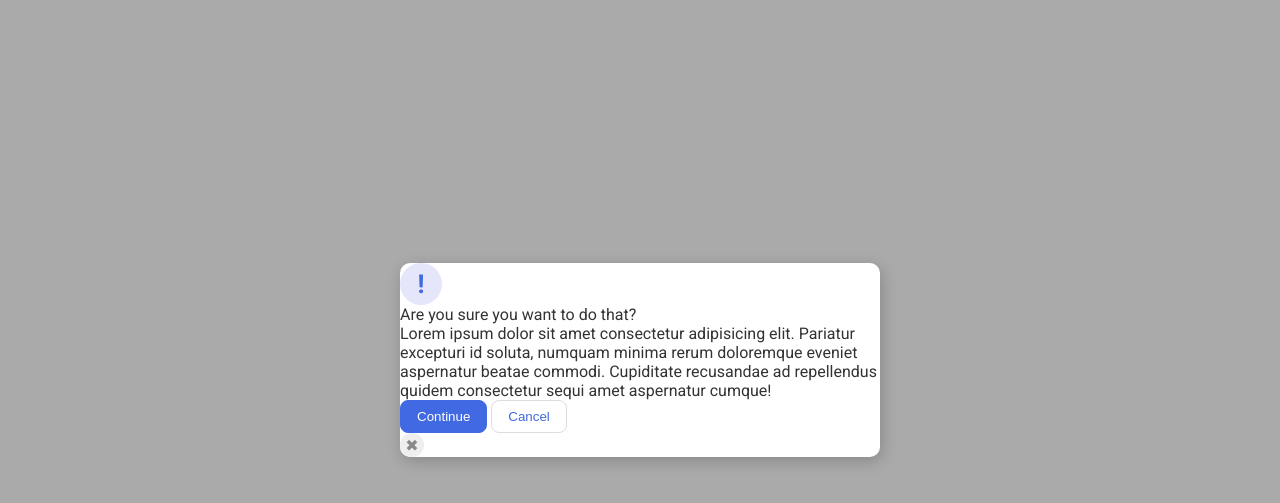
Repository: ridgely/css-exercises
Page: flex/05-flex-modal/index.html
The author's editor kept a copy of each file at every save. The page is drawn from the files as they stood at one save, then again after the next save.
The browser window is 1280 px wide. The pictures show the whole page.

Above is the page before, as saved 2022-07-06 14:19:52.

After the next save:
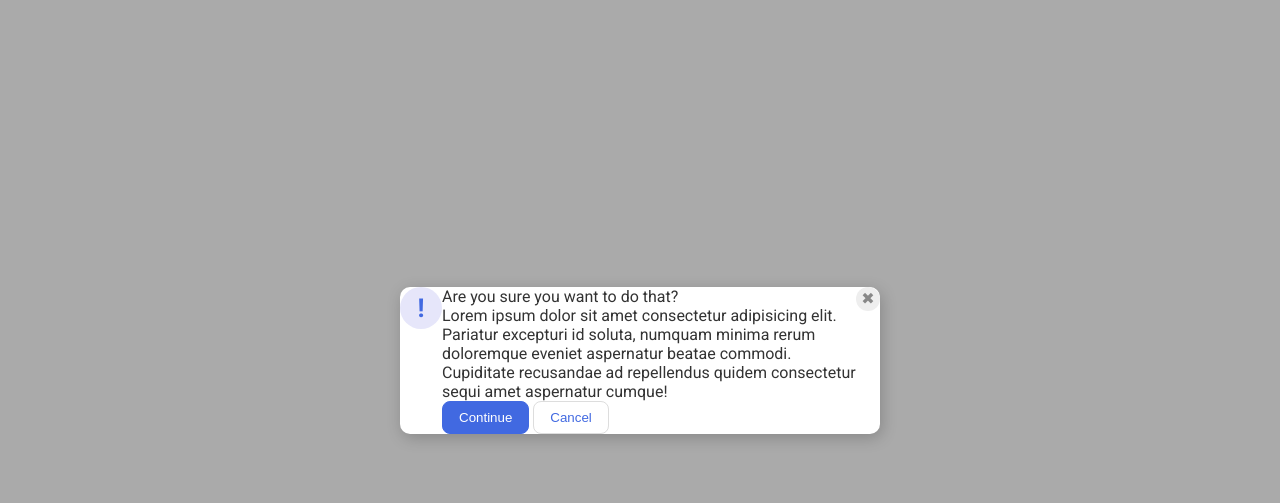
Saved 17 s later.
--- a/flex/05-flex-modal/style.css
+++ b/flex/05-flex-modal/style.css
@@ -20,8 +20,7 @@ body {
   width: 480px;
   border-radius: 10px;
   box-shadow: 2px 4px 16px rgba(0,0,0,.2);
-  display: flex;
-  flex-direction: column;
+  display: flex;;
 }
 
 .icon {
